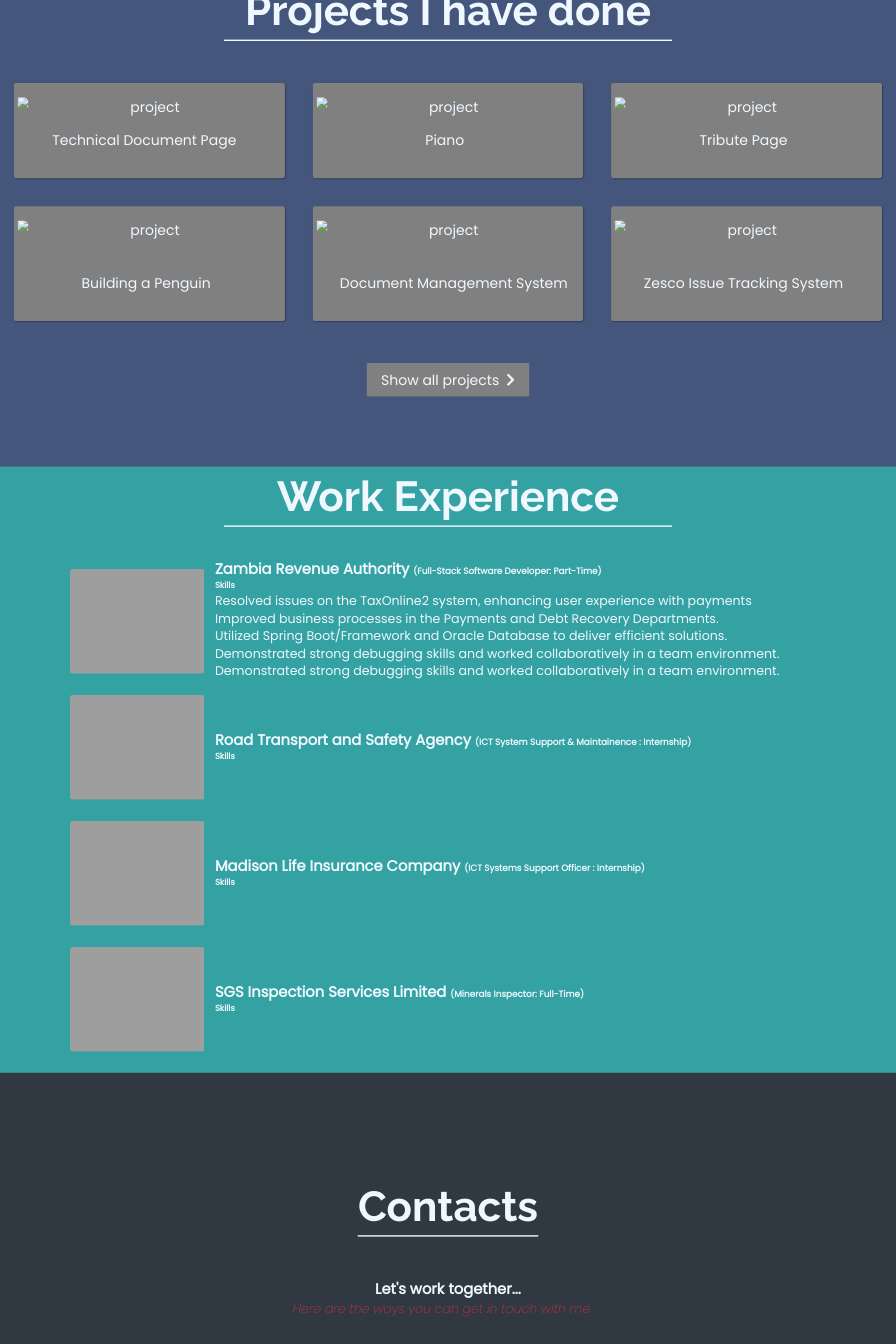
Repository: Lungdjos/personal_portifolio
Page: html/index.html
An editor plug-in stored every save of this project. The page is shown before and after a run of saves, followed by the edit.
The browser window is 1280 px wide. The pictures show the part of the page from y = 931 to 2851 px (the page is 3144 px tall), at 70% of full size.
Pictures or frames that could not be fetched are drawn as grey boxes. Some web libraries are served in a nearby version.

Above is the page before, as saved 2024-02-04 02:18:38.

### html/index.html
<!DOCTYPE html>
<html lang="en">

<head>
    <meta charset="UTF-8">
    <meta name="viewport" content="width=device-width, initial-scale=1.0">
    <title>Personal Portifolio</title>
    <link rel="stylesheet" href="/css/styles.css">
    <link rel="stylesheet" href="https://use.fontawesome.com/releases/v5.8.2/css/all.css" integrity="sha384-oS3vJWv+0UjzBfQzYUhtDYW+Pj2yciDJxpsK1OYPAYjqT085Qq/1cq5FLXAZQ7Ay" crossorigin="anonymous">
    <link href="https://fonts.googleapis.com/css?family=Poppins:200i,300,400&amp;display=swap" rel="stylesheet">
    <link href="https://fonts.googleapis.com/css?family=Raleway:700&amp;display=swap" rel="stylesheet">
    <script src="edge-extension://ajdpfmkffanmkhejnopjppegokpogffp/assets/prompt.js"></script>
</head>

<body>
    <header class="header">
        <nav id="navbar">
            <ul class="nav-list">
                <li><a href="#welcome-section" class="nav-link"><i class=""></i>Home</a></li>
                <li>
                    <a href="#project-section" class="nav-link"> <i class=""></i>Projects</a>
                </li>
                <li>
                    <a href="#work-experience-section" class="nav-link"> <i class=""></i>Experience</a>
                </li>
                <li><a href="#contact-section" class="nav-link"><i class=""></i>Contacts</a></li>
            </ul>
        </nav>
    </header>
    <main class="m-3">
        <div id="spacer"></div>
        <section class="home" id="welcome-section">
            <div id="welcome-section">
                <h1 id="title">Hi there, I am Lungu</h1>
                <p id="sub-title"><span>a</span> <span>full-stack</span> <span>software</span> <span>developer</span></p>
            </div>
        </section>

        <div id="spacer"></div>
        <section class="project-section" id="project-section">
            <h1 id="project-heading" class="heading">Here are some Projects I have done</h1>

            <div class="project-grid">
                <a href="#" target="_blank" class="project project-title">
                    <img class="project-image" src="" alt="project">
                    <p class="project-title">
                        <span class="code">&lt;</span>Technical Document Page
                        <span class="code">/&gt;</span>
                    </p>
                </a>

                <a href="#" target="_blank" class="project project-title">
                    <img class="project-image" src="" alt="project">
                    <p class="project-title">
                        <span class="code">&lt;</span> Piano
                        <span class="code">/&gt;</span>
                    </p>
                </a>

                <a href="#" target="_blank" class="project project-title">
                    <img class="project-image" src="" alt="project">
                    <p class="project-title">
                        <span class="code">&lt;</span> Tribute Page
                        <span class="code">/&gt;</span>
                    </p>
                </a>

                <a href="#" target="_blank" class="project project-title">
                    <img class="project-image" src="" alt="project">
                    <p class="project-title">
                        <span class="code">&lt;</span> Building a Penguin
                        <span class="code">/&gt;</span>
                    </p>
                </a>

                <a href="#" target="_blank" class="project project-title">
                    <img class="project-image" src="" alt="project">
                    <p class="project-title">
                        <span class="code">&lt;</span> Document Management System
                        <span class="code">/&gt;</span>
                    </p>
                </a>

                <a href="#" target="_blank" class="project project-title">
                    <img class="project-image" src="" alt="project">
                    <p class="project-title">
                        <span class="code">&lt;</span> Zesco Issue Tracking System
                        <span class="code">/&gt;</span>
                    </p>
                </a>
            </div>

            <a href="#" class="btn btn-show-all" target="_blank">Show all projects<i class="fas fa-chevron-right"></i></a>
        </section>
        <div id="spacer"></div>
        <section class="work-exp-section" id="work-experience-section">
            <h1 class="heading work-exp-heading">Work Experience</h1>
            <div id="grid">
                <div id="icon"><img src="https://th.bing.com/th?id=OIP.rCZtK_dDgujHTn0u4EiHUwHaEX&w=325&h=191&c=8&rs=1&qlt=90&o=6&pid=3.1&rm=2" alt="icon"></div>
                <div class="experience">
                    <h3>Zambia Revenue Authority <small>(Full-Stack Software Developer: Part-Time)</small></h3>
                    <h6 class="skills">Skills</h6>
                    <p>
                        <ul>
                            <li>Resolved issues on the TaxOnline2 system, enhancing user experience with payments</li>
                            <li>Improved business processes in the Payments and Debt Recovery Departments.</li>
                            <li>Utilized Spring Boot/Framework and Oracle Database to deliver efficient solutions.</li>
                            <li>Demonstrated strong debugging skills and worked collaboratively in a team environment.</li>
                            <li>Demonstrated strong debugging skills and worked collaboratively in a team environment.</li>
                        </ul>
                    </p>
                </div>
            </div>

            <div id="grid">
                <div id="icon"><img src="https://th.bing.com/th?id=OIP.iDj6ErR_9QzKQiRz5T8xHQAAAA&w=158&h=159&c=8&rs=1&qlt=90&o=6&pid=3.1&rm=2" alt="icon"></div>
                <div class="experience">
                    <h3>Road Transport and Safety Agency <small>(ICT System Support & Maintainence : Internship)</small></h3>
                    <h6 class="skills">Skills</h6>
                    <p>
                        <ul>
                            <li></li>
                            <li></li>
                            <li></li>
                            <li></li>
                        </ul>
                    </p>
                </div>
            </div>

            <div id="grid">
                <div id="icon"><img src="https://th.bing.com/th?id=OIP.sgcljO8ZBHyturyXo14g8wAAAA&w=216&h=103&c=8&rs=1&qlt=90&o=6&pid=3.1&rm=2" alt="icon"></div>
                <div class="experience">
                    <h3>Madison Life Insurance Company <small>(ICT Systems Support Officer : Internship)</small></h3>
                    <h6 class="skills">Skills</h6>
                    <p>
                        <ul>
                            <li></li>
                            <li></li>
                            <li></li>
                            <li></li>
                        </ul>
                    </p>
                </div>
            </div>

            <div id="grid">
                <div id="icon"><img src="https://th.bing.com/th?id=OIP.TdyvCMy5NlyppvpqZwovrAHaE8&w=306&h=204&c=8&rs=1&qlt=90&o=6&pid=3.1&rm=2" alt="icon"></div>
                <div class="experience">
                    <h3>SGS Inspection Services Limited <small>(Minerals Inspector: Full-Time)</small></h3>
                    <h6 class="skills">Skills</h6>
                    <p>
                        <ul>
                            <li></li>
                            <li></li>
                            <li></li>
                            <li></li>
                        </ul>
                    </p>
                </div>
            </div>
        </section>
        <div id="spacer"></div>
        <section class="contact-section" id="contact-section">
            <h1 class="heading contacts-heading">Contacts</h1>
            <div class="contact-section-header">
                <h3>Let's work together...</h3>
                <p>Here are the ways you can get in touch with me <i class="fa-duotone fa-phone"></i></p>
            </div>
            <div id="contact-links">
                <a href="https://facebook.com/freecodecamp" target="_blank" class="btn contact-details"><i class="fab fa-facebook-square"></i> Facebook</a>
                <a id="profile-link" href="https://github.com/freecodecamp" target="_blank" class="btn contact-details"><i class="fab fa-github"></i> GitHub</a>
                <a href="https://twitter.com/freecodecamp" target="_blank" class="btn contact-details"><i class="fab fa-twitter"></i> Twitter</a>
                <a href="mailto:example@example.com" class="btn contact-details"><i class="fas fa-at"></i> Send a mail</a>
                <a href="tel:555-555-5555" class="btn contact-details"><i class="fas fa-mobile-alt"></i> Call me</a>
            </div>
        </section>
    </main>
    <footer>
        <ul>
            <li><a href="">Privacy</a></li>
            <li><a href="">Contacts</a></li>
            <li><a href="">About Us</a></li>
        </ul>
        <span>&REG;Radix Enterprise Ltd. &copy; 2024</span>
    </footer>
</body>

</html>

### css/styles.css
/** STYLING FOR THE PORTIFOLIO **/


/* the root selector */

:root {
    /* colors */
    --col-1: aliceblue;
    --col-2: grey;
    --col-3: orangered;
    --col-4: #be3144;
    --bc-1: #34a2a2;
    --bc-2: #0b2e28;
    --bc-3: #123b3b;
    --bc-4: #45567d;
    --bc-5: #303841;
    /* values */
}


/* general stylings */

html {
    font-size: 62.5%;
    box-sizing: border-box;
    scroll-behavior: smooth;
}

* {
    margin: 0;
    padding: 0;
}


/* box-sizing and font sizing */

*,
*::before,
*::after {
    box-sizing: inherit;
}


/* body styling */

body {
    font-family: 'Poppins', sans-serif;
    font-size: 1.8rem;
    font-weight: 400;
    line-height: 1.4;
    color: var(--col-1);
    background-color: var(--bc-1);
}


/* headings styling */

h1,
h2 {
    font-family: 'Raleway', sans-serif;
    font-weight: 600;
    text-align: center;
}

h1 {
    font-size: 6rem;
}

h2 {
    font-size: 4.2rem;
}


/* List and anchor styling */

ul {
    list-style: none;
}

a {
    color: var(--col-1);
    text-decoration: none;
}

img {
    display: block;
    width: 100%;
}


/** NAVIGATION BAR */


/* nav bar styling */

nav {
    font-weight: 600;
}

.header {
    display: flex;
    justify-content: flex-end;
    position: fixed;
    top: 0;
    left: 0;
    width: 100%;
    box-shadow: 0 2px 0 rgba(0, 0, 0, 0.4);
    z-index: 10;
    background-color: var(--bc-2);
}

nav>ul {
    display: flex;
    margin-right: 2rem;
    text-transform: uppercase;
}

.nav-list a {
    display: block;
    font-size: 2.2rem;
    padding: 2rem;
}

.nav-list a:hover {
    background: var(--bc-4);
}

.nav-list a:visited {
    border-bottom: .2rem solid #ff6347;
}


/* body styling */

#spacer {
    max-width: 1000px;
    width: 100%;
    margin: 0 auto;
}

main>li {
    list-style-type: disc;
}


/** HOME PAGE */


/* Styling or the Home Page */

.home {
    width: 100%;
    height: 100vh;
    display: flex;
    flex-direction: column;
    justify-content: center;
    align-items: center;
    background: inherit;
    background-image: linear-gradient(62deg, #3a3d40 0%, #181719 100%);
}

#welcome-section>p {
    font-size: 3rem;
    font-weight: 200;
    font-style: italic;
    color: #d0a;
}

#title {
    transform-origin: center;
    animation: rotateAndChangeColor 14s infinite ease-in-out;
}

#sub-title {
    text-indent: 10px;
}

#sub-title span {
    display: inline-block;
    animation: fallAnimation 4s infinite ease-in-out forwards;
}


/** PROJECTS */


/* styling for projects */

.project-section {
    text-align: center;
    padding: 10rem 2rem;
    background: var(--bc-4);
}

.heading {
    max-width: 640px;
    margin: 0 auto 6rem auto;
    border-bottom: .2rem solid var(--col-1);
}


/* grids */

.project-grid {
    display: grid;
    grid-template-columns: repeat(auto-fit, minmax(360px, 1fr));
    grid-gap: 4rem;
    width: 100%;
    max-width: 1280px;
    margin: 0 auto;
    margin-bottom: 6rem;
}


/* individual projects */

.project {
    background: var(--col-2);
    box-shadow: 1px 1px 2px rgba(0, 0, 0, 0.4);
    border-radius: 3px;
}

.code {
    color: var(--col-2);
    transition: color 0.3s ease-out;
}

.project:hover .code {
    color: var(--col-3);
}

.project-image {
    height: calc(100% - 6.8rem);
    width: 100%;
    object-fit: cover;
}

.project-title {
    font-size: 2rem;
    padding: 2rem 0.5rem;
}

.btn {
    display: inline-block;
    padding: 1rem 2rem;
    border-radius: 2px;
}

.btn-show-all {
    font-size: 2rem;
    background: var(--col-2);
    transition: background 0.3s ease-out;
}

.btn-show-all:hover {
    background: var(--col-3);
}

.btn-show-all:hover>i {
    transform: translateX(2px);
}

.btn-show-all>i {
    margin-left: 10px;
    transform: translateX(0);
    transition: transform 0.3s ease-out;
}


/** WORK EXPERIENCE */

#work-experience-section {
    justify-content: center;
}

.work-exp-section small {
    font-size: 60%;
}

#work-experience-section #icon {
    display: flex;
    flex-direction: column;
    justify-content: center;
    align-items: center;
}

#work-experience-section img {
    border-radius: 3%;
    height: 150px;
    width: 15vw;
}

#work-experience-section .experience {
    display: flex;
    flex-direction: column;
    justify-content: center;
    height: 125px;
    width: 80vw;
    padding: 5px;
    margin: 1rem;
}

#grid {
    display: flex;
    margin: 3rem;
    margin-left: 10rem;
}

.experience {
    text-align: justify;
}

.skills {
    color: var(--col-1);
}


/** CONTACTS */

#contact-section {
    display: flex;
    flex-direction: column;
    justify-content: center;
    align-items: center;
    text-align: center;
    padding: 0 3rem;
    width: 100%;
    height: 82vh;
    background: var(--bc-5);
}

.contact-section-header>h2 {
    font-size: 6rem;
}

.contact-section-header>p {
    font-style: italic;
    color: var(--col-4);
}

#contact-links {
    display: flex;
    justify-content: center;
    width: 100%;
    max-width: 980px;
    margin-top: 4rem;
    flex-wrap: wrap;
}

.contact-details {
    font-size: 2.4rem;
    text-shadow: 2px 2px 1px #1f1f1f;
    transition: transform 0.3s ease-out;
}

.contact-details:hover {
    transform: translateY(10px);
    color: var(--col-4);
}


/** FOOTER */


/* footer styling */

footer {
    font-weight: 300;
    padding: 2rem;
    background-color: var(--bc-3);
    border-top: 6px solid var(--bc-2);
}

footer>ul {
    display: flex;
    justify-content: flex-end;
}

footer>ul>li {
    padding: 0 12px;
}

footer>span {
    display: flex;
    justify-content: flex-end;
    margin-top: 6px;
    font-size: .9rem;
    font-weight: bold;
}


/** ANIMATIONS AND EFFECTS */


/* Welcome Page Animations */

@keyframes rotateAndChangeColor {
    0% {
        transform: rotateY(0deg);
        color: #333;
    }
    30% {
        transform: rotateY(360deg);
        color: #2e604a;
    }
    60% {
        transform: rotate(0deg);
        color: #45567d;
    }
    90% {
        transform: rotate(360deg);
        color: #ff6347;
    }
}

@keyframes fallAnimation {
    0% {
        transform: translateY(-60px);
        opacity: 0;
    }
    50% {
        transform: translateY(-60px);
        opacity: 0.4;
    }
    100% {
        transform: translateY(0);
        opacity: 1;
    }
}


/** STYLING FOR SMALL DEVICES */


/* 1200px / 16px = 75em */

@media (max-width: 75em) {
    html {
        font-size: 60%;
    }
}


/* 980px / 16px = 61.25em */

@media (max-width: 61.25em) {
    html {
        font-size: 58%;
    }
}


/* 460px / 16px = 28.75em */

@media (max-width: 28.75em) {
    html {
        font-size: 55%;
    }
}


/** NAV-BAR */


/* nav bar media queries */

@media (max-width: 28.75em) {
    #navbar {
        justify-content: center;
    }
    .nav-list {
        margin: 0 1rem;
    }
}


/** PROJECTS */


/* projects media query */

@media (max-width: 28.75em) {
    #project-heading {
        font-size: 4rem;
    }
}

@media (max-width: 30.625em) {
    .project-section {
        padding: 6rem 1rem;
    }
    .project-grid {
        grid-template-columns: 1fr;
    }
}


/** WORK EXPERIENCE */

@media (max-width: 550px) {
    #work-experience-section #icon {
        display: none;
    }
}

@media (max-width: 550px) {
    #work-experience-section .experience {
        width: 100%;
        text-align: center;
        padding: 0;
        height: 150px;
    }
}

@media (max-width: 650px) {
    #work-experience-section {
        margin-top: 0;
    }
}


/** CONTACTS */

@media (max-width: 28.75em) {
    .contact-section-header>h2 {
        font-size: 4rem;
    }
}


/** FOOTER */


/* footer */

@media (max-width: 28.75em) {
    footer {
        flex-direction: column;
        text-align: center;
    }
}

After the next 2 saves:
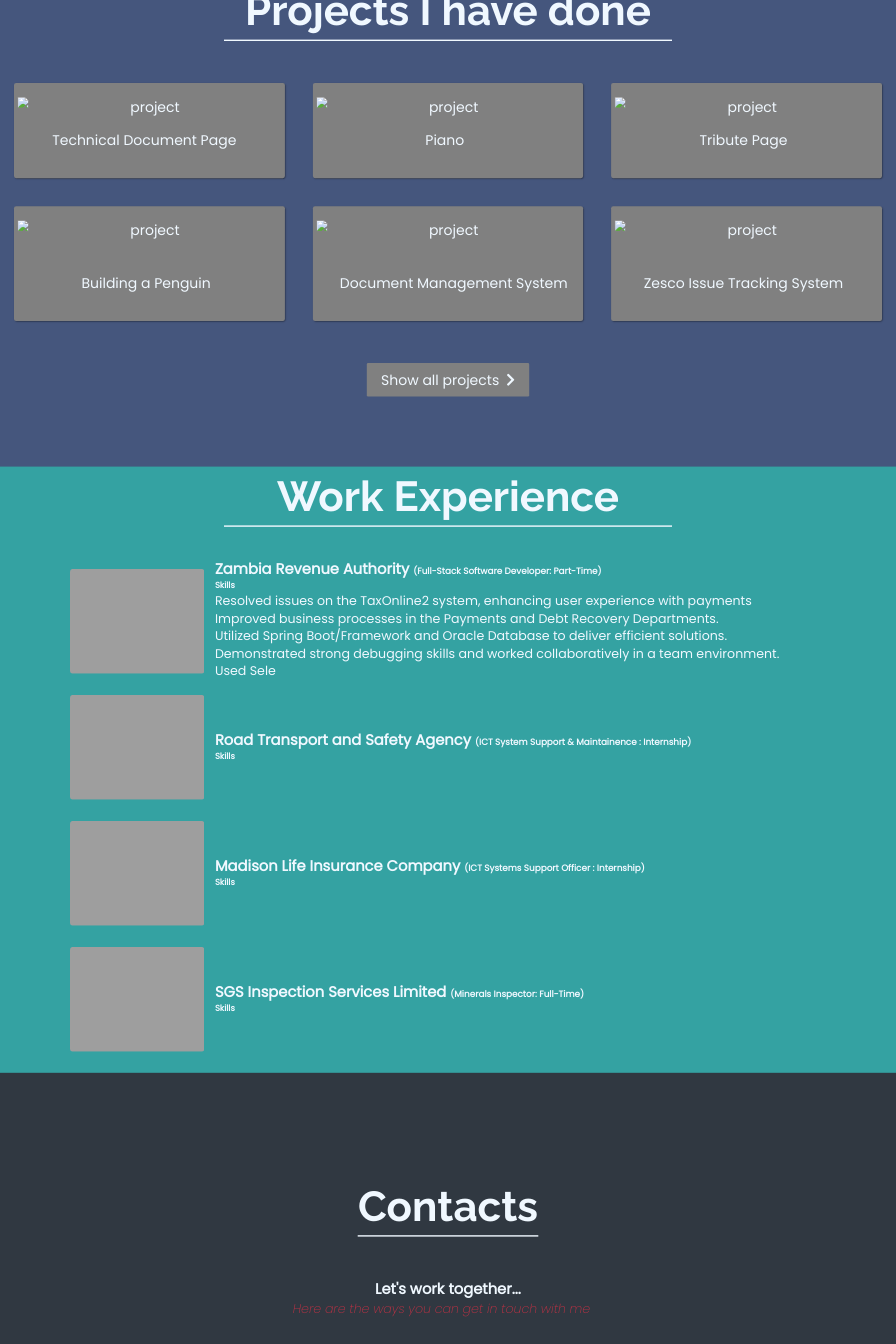
The 2 saves are shown as one change because they came seconds apart.
The last was saved 13 s later.
--- a/html/index.html
+++ b/html/index.html
@@ -106,7 +106,7 @@
                             <li>Improved business processes in the Payments and Debt Recovery Departments.</li>
                             <li>Utilized Spring Boot/Framework and Oracle Database to deliver efficient solutions.</li>
                             <li>Demonstrated strong debugging skills and worked collaboratively in a team environment.</li>
-                            <li>Demonstrated strong debugging skills and worked collaboratively in a team environment.</li>
+                            <li>Used Sele</li>
                         </ul>
                     </p>
                 </div>
